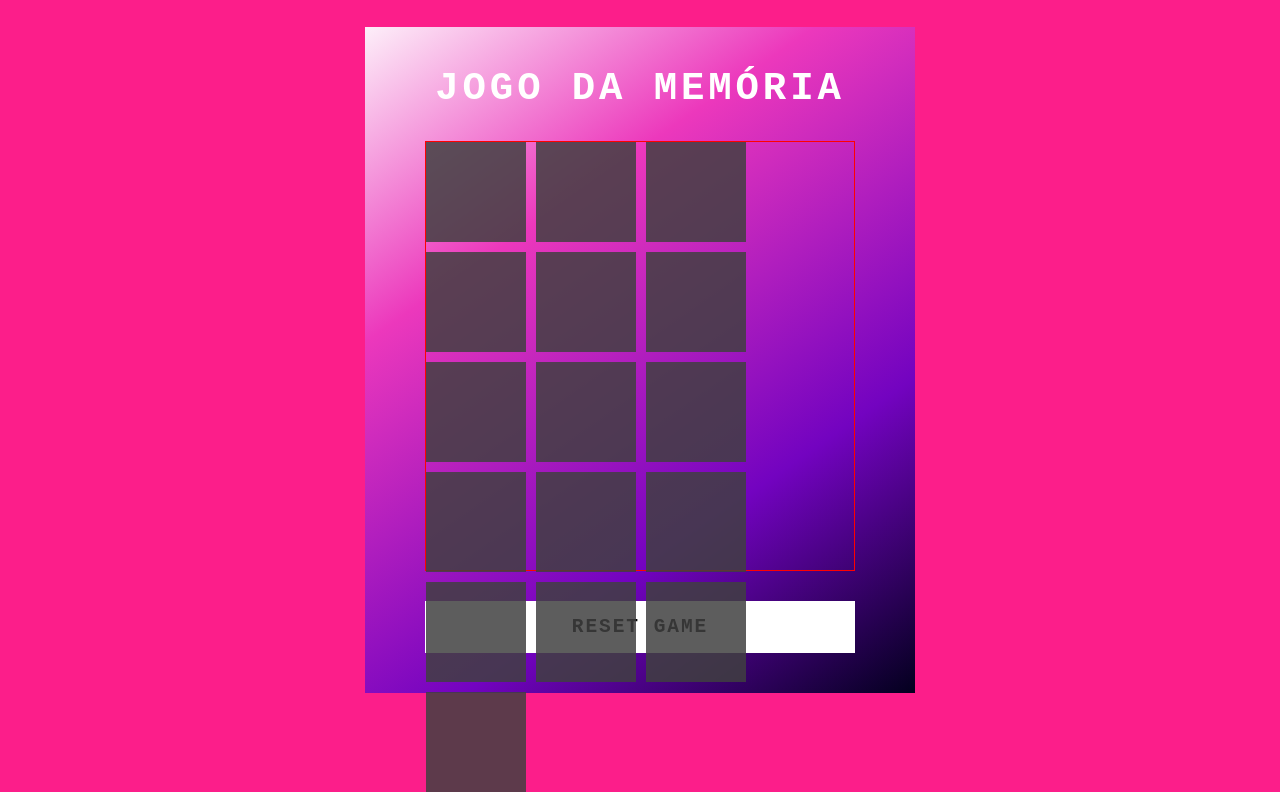
Repository: Zoemateus324/memory-game
Page: index.html
These files come from the project's save history. The page is drawn as it stood at one moment and after the next save; the edit follows.
The browser window is 1280 px wide. The pictures show the whole page.

Above is the page before, as saved 2024-11-27 09:15:19.

### index.html
<!DOCTYPE html>
<html lang="pt-br">

<head>
    <meta charset="UTF-8">
    <meta name="viewport" content="width=device-width, initial-scale=1.0">
    <title>Memory Game</title>
    <link rel="stylesheet" href="./src/styles/reset.css">
    <link rel="stylesheet" href="./src/styles/main.css">
</head>

<body>
    <div class="container">
        <h2>Jogo da Memória</h2>
        <div class="game">
        </div>
        <button class="reset" onclick="window.location.reload()">RESET GAME</button>
    </div>



    <script src="./src/scripts/engine.js" defer></script>
</body>

</html>

### src/styles/reset.css
*{
    margin:0;
    padding:0;
    outline:none;
    box-sizing:border-box;
    font-family:monospace;
}

### src/styles/main.css
body{
    display:flex;
    justify-content:center;
    align-items:center;
    min-height:100vh;
    background:#fc1e8a;

}


.container{
    position:relative;
    display:flex;
    flex-direction:column;
    justify-content:center;
    align-items:center;
    gap:30px;
    background:linear-gradient(
        325deg,
        #03001e 0%,
        #7303c0 30%,
        #ec38bc 70%,
        #fdeff9 100%
    );
    padding:40px 60px;
}


h2{
    font-size:3em;
    color: #fff;
    text-transform:uppercase;
    letter-spacing:0.1em;
}


.reset{
    padding:15px 20px;
    width:100%;
    color:#000;
    background-color:#fff;
    border:none;
    font-size:1.5em;
    letter-spacing:0.1em;
    text-transform:uppercase;
    cursor:pointer;
    font-weight:600;

}

.reset:focus{
    color:#ec38bc;
    background-color:#262809;
}


.game{
    width:430px;
    height:430px;
    border:1px solid red;
    display:flex;
    flex-wrap:wrap;
    gap:10px;
    transform-style:preserve-3d;
    perspective:500px;
}


.item{
    position:relative;
    width:100px;
    height:100px;
    opacity:85%;
    display:flex;
    align-items:center;
    justify-content:center;
    background-color:#fff;


    font-size:3em;
    transform:rotateY(180deg);
    transition:0.25s;
}

.item::after{
    content:"";
    position:absolute;
    inset:0;
    background:#404040;
    transition:0.25s;
    transform:rotateY(0deg);
    backface-visibility:hidden;
}

.item.boxOpen{
    transform:rotateY(0deg);
}

.boxOpen::after{
    transform:rotateY(180deg);
}
.boxMatch::after{
    transform:rotateY(180deg);
}

### src/scripts/engine.js
const emojis = [
    "😁",
    "😁",
    "😢",
    "😢",
    "😤",
    "😤",
    "🤡",
    "🤡",
    "👹",
    "👹",
    "🐵",
    "🐵",
    "🦄",
    "🦄",
    "🦁",
    "🦁"
];
let openCards = [];



let shuffleEmojis = emojis.sort(() => (Math.random() > 0.5 ? 2 : -1));



for (let i = 0; i < emojis.length; i++) {
    let box = document.createElement("div");
    box.className = "item";
    box.innerHTML = shuffleEmojis[i];
    box.onclick = handleClick;
    document.querySelector(".game").appendChild(box);
}


function handleClick() {
    if (openCards.length < 2) {
        this.classList.add("boxOpen");
        openCards.push(this);
    }

    if (openCards.length == 2) {
        setTimeout(checkMatch, 500);
    }
}

function checkMatch() {

    if (openCards[0].innerHTML === openCards[1].innerHTML) {
        openCards[0].classList.add("boxMatch");
        openCards[1].classList.add("boxMatch");
    } else {
        openCards[0].classList.remove("boxOpen");
        openCards[1].classList.remove("boxOpen");
    }



    openCards = [];

    if (document.querySelectorAll(".boxMatch").length === emojis.length) {
        alert("Você venceu o jogo!");
    }
}

After the next save:
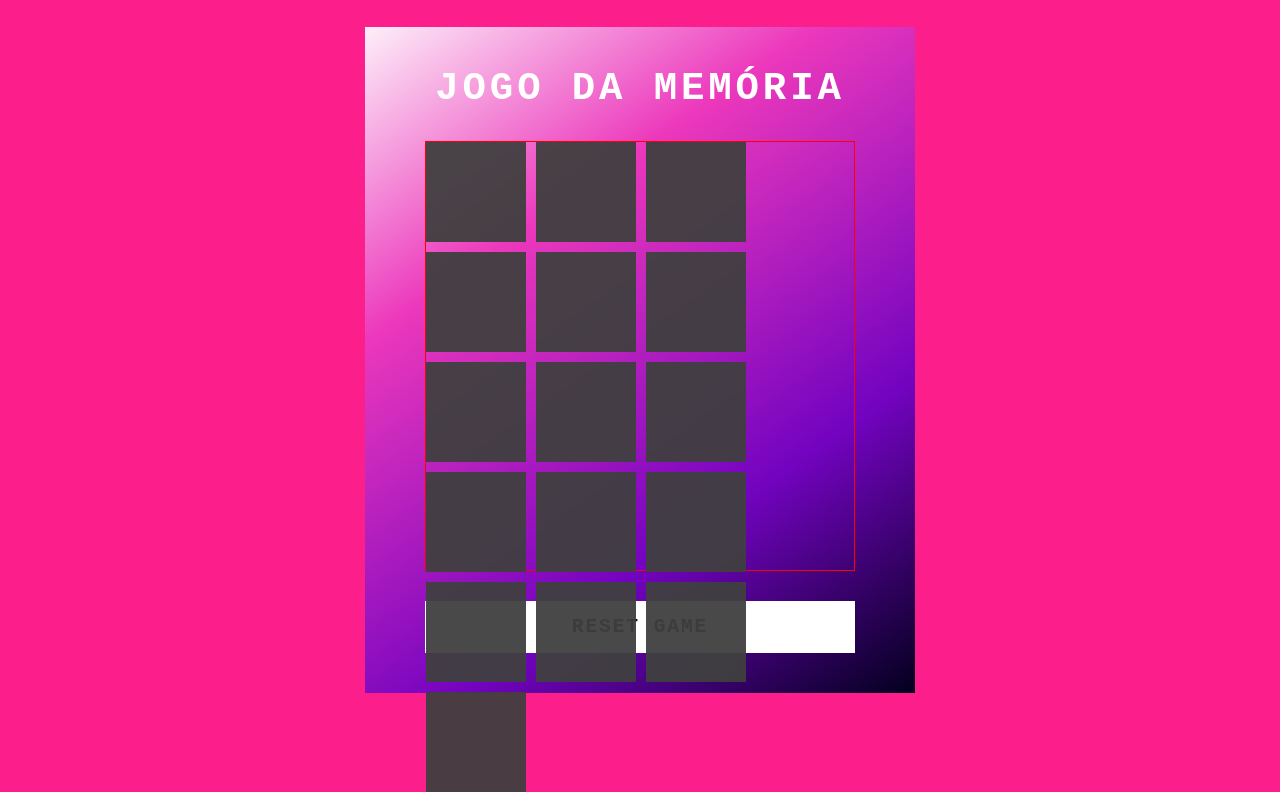
Saved 18 s later.
--- a/src/styles/main.css
+++ b/src/styles/main.css
@@ -70,7 +70,7 @@ h2{
     position:relative;
     width:100px;
     height:100px;
-    opacity:85%;
+    opacity:95%;
     display:flex;
     align-items:center;
     justify-content:center;
